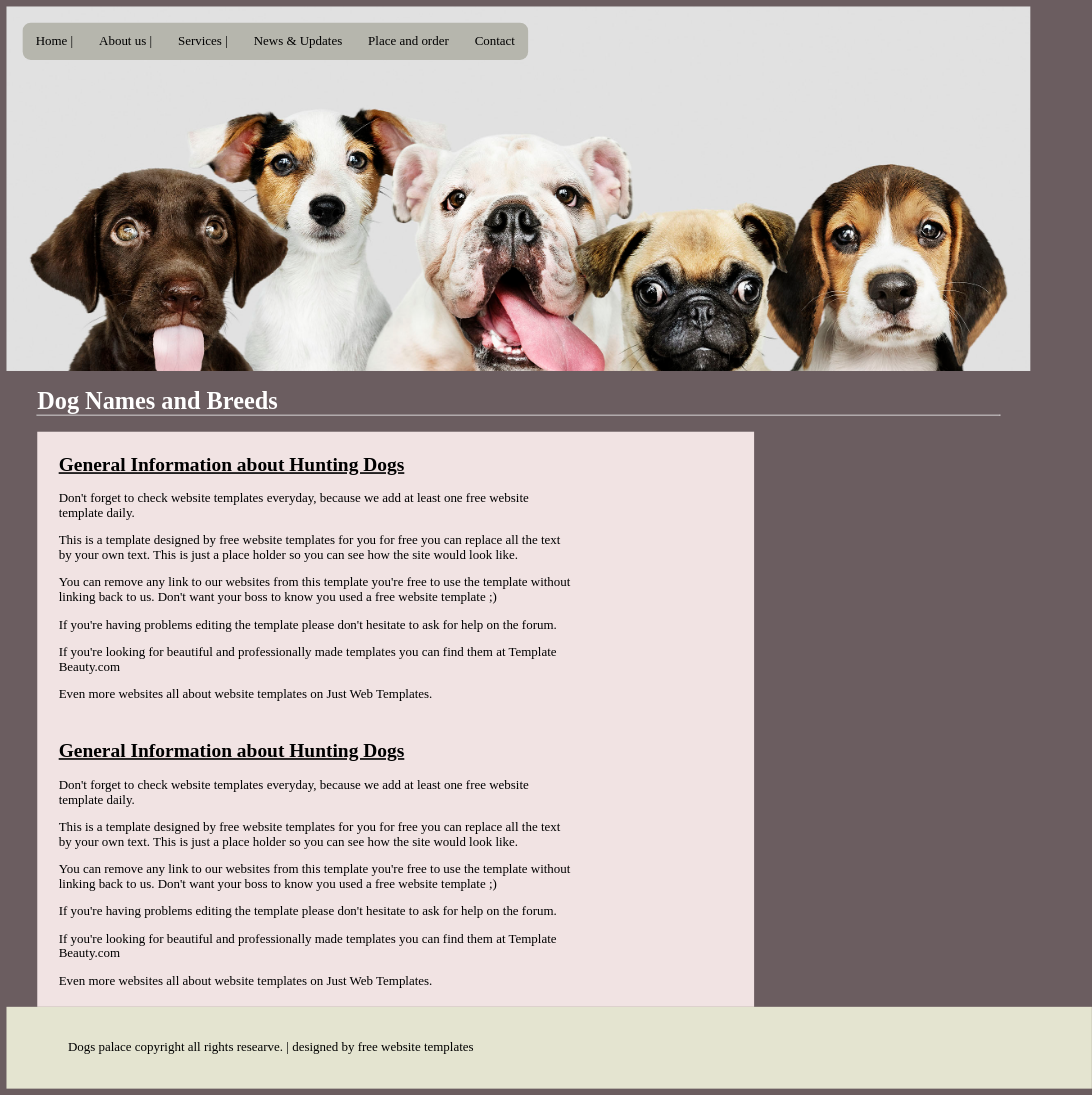
Repository: Tayma-Kazmouz/labwork
Page: index.html
An editor plug-in stored every save of this project. The page is shown before and after the next save, followed by the edit.
The browser window is 1280 px wide. The page is 1348 px wide, so the pictures cover 1348 px, including what lies to the right of the window. The pictures show the whole page, at 81% of full size.

Above is the page before, as saved 2022-04-04 17:16:10.

After the next save:
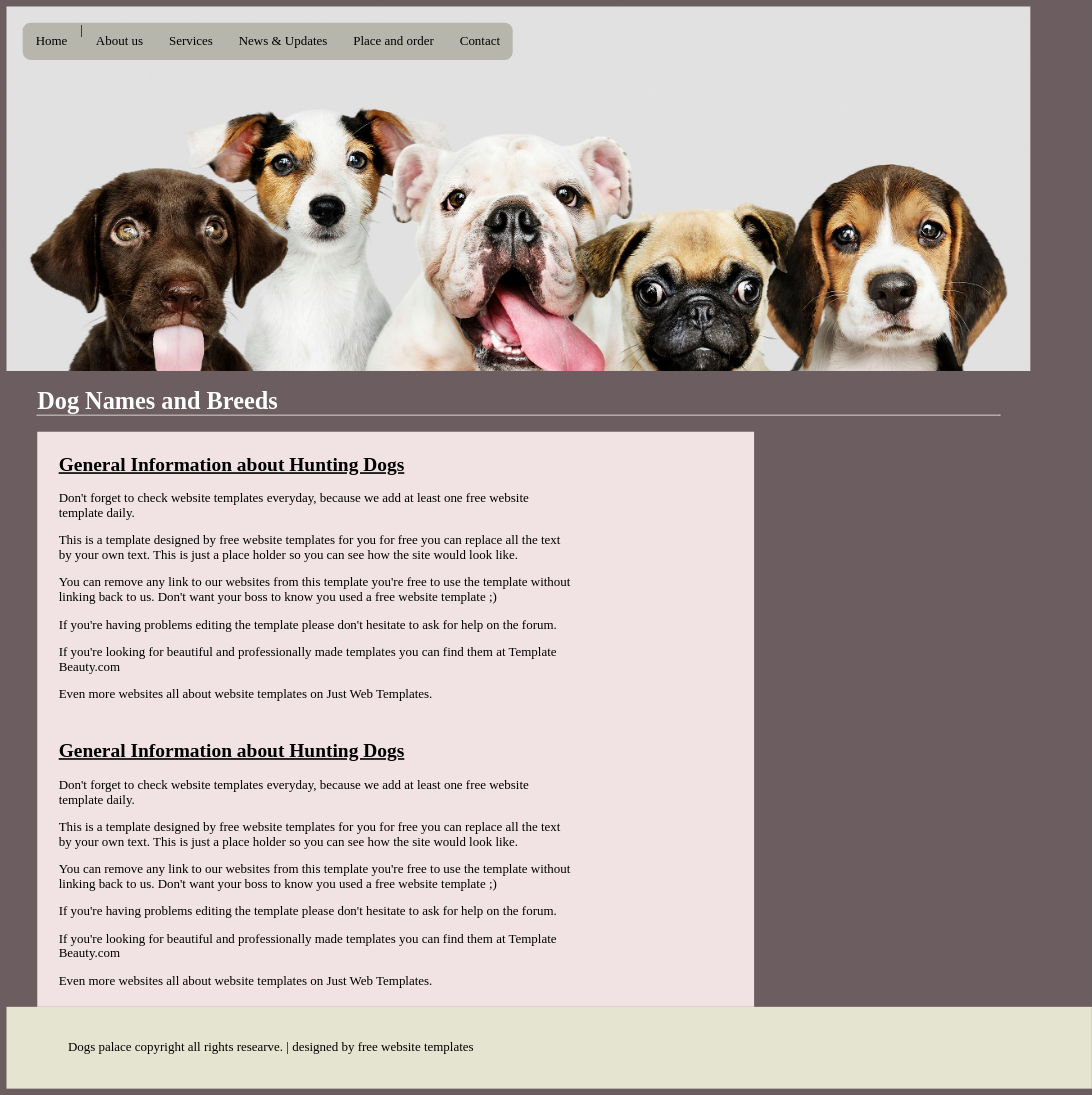
Saved 31 s later.
--- a/index.html
+++ b/index.html
@@ -11,9 +11,10 @@
     <div class="banner">
           <div class="nav">
             <ul>
-                <li><a class="active" href="#">Home |</a></li>
-                <li><a href="#">About us |</a></li>
-                <li><a href="#">Services |</a></li>
+                <li><a class="active" href="#">Home</a></li>
+                <li>|</li>
+                <li><a href="#">About us</a></li>
+                <li><a href="#">Services</a></li>
                 <li><a href="#">News & Updates</a></li>
                 <li><a href="#">Place and order</a></li>
                 <li><a href="#">Contact</a></li>
